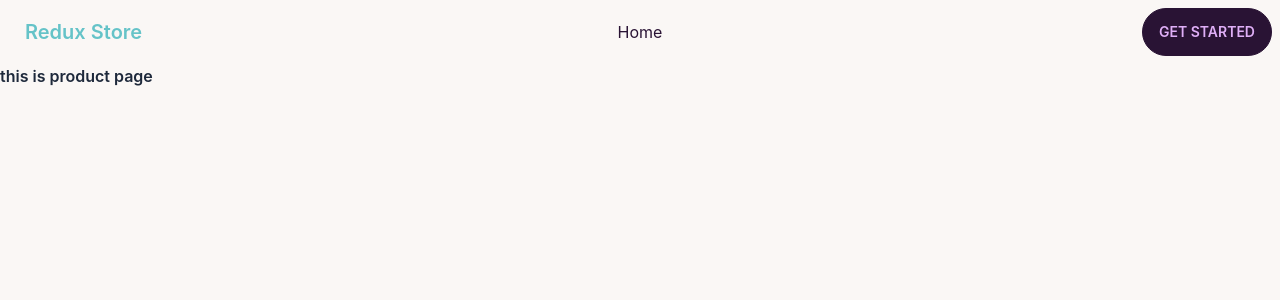
Repository: Tanvir3744/admin-portal
Page: /
These files come from the project's save history. The page is drawn as it stood at one moment and after the next save; the edit follows.
The browser window is 1280 px wide. The pictures show the whole page.
The project was rebuilt for these pictures with package versions that can differ from the ones it lists, and the page was loaded fresh each time.

Above is the page before, as saved 2022-07-22 20:44:20.

### src/index.js
import React from 'react';
import ReactDOM from 'react-dom/client';
import './index.css';
import App from './App';
import reportWebVitals from './reportWebVitals';
import { Provider } from 'react-redux'
import { store } from './Redux/Store'
import { BrowserRouter } from 'react-router-dom'
const root = ReactDOM.createRoot(document.getElementById('root'));
root.render(
  <React.StrictMode>
    <Provider store={store}>
      <BrowserRouter>
        <App />
      </BrowserRouter>
    </Provider>
  </React.StrictMode>
);

// If you want to start measuring performance in your app, pass a function
// to log results (for example: reportWebVitals(console.log))
// or send to an analytics endpoint. Learn more: https://bit.ly/CRA-vitals
reportWebVitals();

### src/index.css
/* tailwind css configuration */
@tailwind base;
@tailwind components;
@tailwind utilities;

body {
  margin: 0;
  font-family: -apple-system, BlinkMacSystemFont, 'Segoe UI', 'Roboto', 'Oxygen',
    'Ubuntu', 'Cantarell', 'Fira Sans', 'Droid Sans', 'Helvetica Neue',
    sans-serif;
  -webkit-font-smoothing: antialiased;
  -moz-osx-font-smoothing: grayscale;
}

code {
  font-family: source-code-pro, Menlo, Monaco, Consolas, 'Courier New',
    monospace;
}

### src/App.js
import Header from './components/Header/Header'
import {Route, Routes } from 'react-router-dom';
import Products from './components/Products/Products';
function App() {
  return (
    <div className="App">
      <Header></Header>
      <Routes>
        <Route path='/' element={<Products/>}></Route>
      </Routes>
    </div>
  );
}

export default App;

### src/Redux/Store.js
import { createStore } from 'redux';
import { rootReducers } from './Reducers';
export const store = createStore(rootReducers,
    {},
     window.__REDUX_DEVTOOLS_EXTENSION__ && window.__REDUX_DEVTOOLS_EXTENSION__()
) // the second argument could be a middleware I'm gonna use that later

### src/components/Header/Header.js
import React from 'react';
import {Link} from 'react-router-dom'
const Header = () => {
    const menuItem = <>
        <li><Link to='/'>Home</Link></li>
    </>
    return (
        <div>
            <div class="navbar bg-base-100">
                <div class="navbar-start">
                    <div class="dropdown">
                        <label tabindex="0" class="btn btn-ghost lg:hidden">
                            <svg xmlns="http://www.w3.org/2000/svg" class="h-5 w-5" fill="none" viewBox="0 0 24 24" stroke="currentColor"><path stroke-linecap="round" stroke-linejoin="round" stroke-width="2" d="M4 6h16M4 12h8m-8 6h16" /></svg>
                        </label>
                        <ul tabindex="0" class="menu menu-compact dropdown-content mt-3 p-2 shadow bg-base-100 rounded-box w-52">
                            {menuItem}
                        </ul>
                    </div>
                    <Link to ="/" class="btn btn-ghost normal-case text-xl">
                        <h2 className='font-semibold text-primary'>Redux Store</h2>
                    </Link>
                </div>
                <div class="navbar-center hidden lg:flex">
                    <ul class="menu menu-horizontal p-0">
                       {menuItem}
                    </ul>
                </div>
                <div class="navbar-end">
                    <a class="btn">Get started</a>
                </div>
            </div>
        </div>
    );
};

export default Header;

### src/components/Products/Products.js
import React from 'react';

const Products = () => {
    return (
        <div>
            <h2 className='text-slate-800 font-semibold'>this is product page</h2>

        </div>
    );
};

export default Products;

### src/Redux/Reducers/index.js
import { combineReducers } from 'redux';
import { setProductReducers } from '../Reducers/Reducers';

export const rootReducers = combineReducers({
    setProdReducer : setProductReducers,
})

### src/Redux/Reducers/Reducers.js
import { ActionType } from '../ActionTypes/ActionContstant'

//initializing the state here
const initProdState = {
    products: [
        {
            "img": "https://m.media-amazon.com/images/I/71wrIZujPIL._AC_UL320_.jpg",
            "name": "Roku Streaming Stick 4K 2021",
            "desc": "Streaming Device 4K/HDR/Dolby Vision with Roku Voice Remote and TV Controls",
            "price": "$29.99"
        },
        {
            "img": "https://m.media-amazon.com/images/I/717dWfmxXVL._AC_UL320_.jpg",
            "name": "Roku Express | HD Streaming Media",
            "desc": "Player with High Speed HDMI Cable and Simple Remote",
            "price": "$19.99"
        },
        {
            "img": "https://m.media-amazon.com/images/I/71rXSVqET9L._AC_UL320_.jpg",
            "name": "Sceptre 24 inch Professional Thin 75Hz",
            "desc": "1080p LED Monitor 2x HDMI VGA Build-in Speakers, Machine Black (E248W-19203R Series)",
            "price": "$99.99"
        },
        {
            "img": "https://m.media-amazon.com/images/I/712xpaJPT6L._AC_UL320_.jpg",
            "name": "Logitech C922x Pro Stream Webcam ",
            "desc": "Full 1080p HD Camera",
            "price": "$109.99"
        }
    ]
}

console.log(initProdState)
export const setProductReducers = (state = initProdState, { type, payload }) => {
    switch (type) {
        case ActionType.SET_PRODUCTS:
            return state;

        default:
            return state;
    }
}

### src/Redux/ActionTypes/ActionContstant.js
export const ActionType = {
    SET_PRODUCTS: "SET_PRODUCTS",
    SELECTED_PRODUCT: 'SELECTED_PRODUCT',
    REMOVE_SELECTED_PRODUCT : 'REMOVE_SELECTED_PRODUCT',
}

### tailwind.config.js
/** @type {import('tailwindcss').Config} */
module.exports = {
  content: ["./src/**/*.{html,js}"],
  theme:{
    extend: {
      daisyui: {
        themes: [
          {
            mytheme: {
              "primary": "#ffc4d3",
              "secondary": "#f285d6",
              "accent": "#6501ad",
              "neutral": "#1B1D23",
              "base-100": "#EDE6EF",
              "info": "#408BC4",
              "success": "#24BC85",
              "warning": "#A26F11",
              "error": "#F4627A",
            },
          },
        ],
      },
    },
  },
  daisyui: {
    themes: ["cupcake","cmyk"],
  },
  plugins: [require("daisyui")],
}

Loaded but not shown: public/index.html (common file); src/reportWebVitals.js (common file)

After the next save:
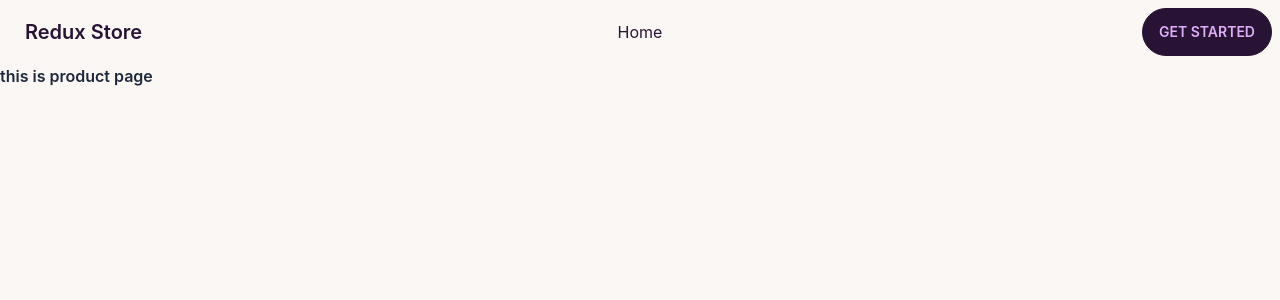
Saved 8 s later.
--- a/src/components/Header/Header.js
+++ b/src/components/Header/Header.js
@@ -17,7 +17,7 @@ const Header = () => {
                         </ul>
                     </div>
                     <Link to ="/" class="btn btn-ghost normal-case text-xl">
-                        <h2 className='font-semibold text-primary'>Redux Store</h2>
+                        <h2 className='font-semibold text-secoondary'>Redux Store</h2>
                     </Link>
                 </div>
                 <div class="navbar-center hidden lg:flex">
